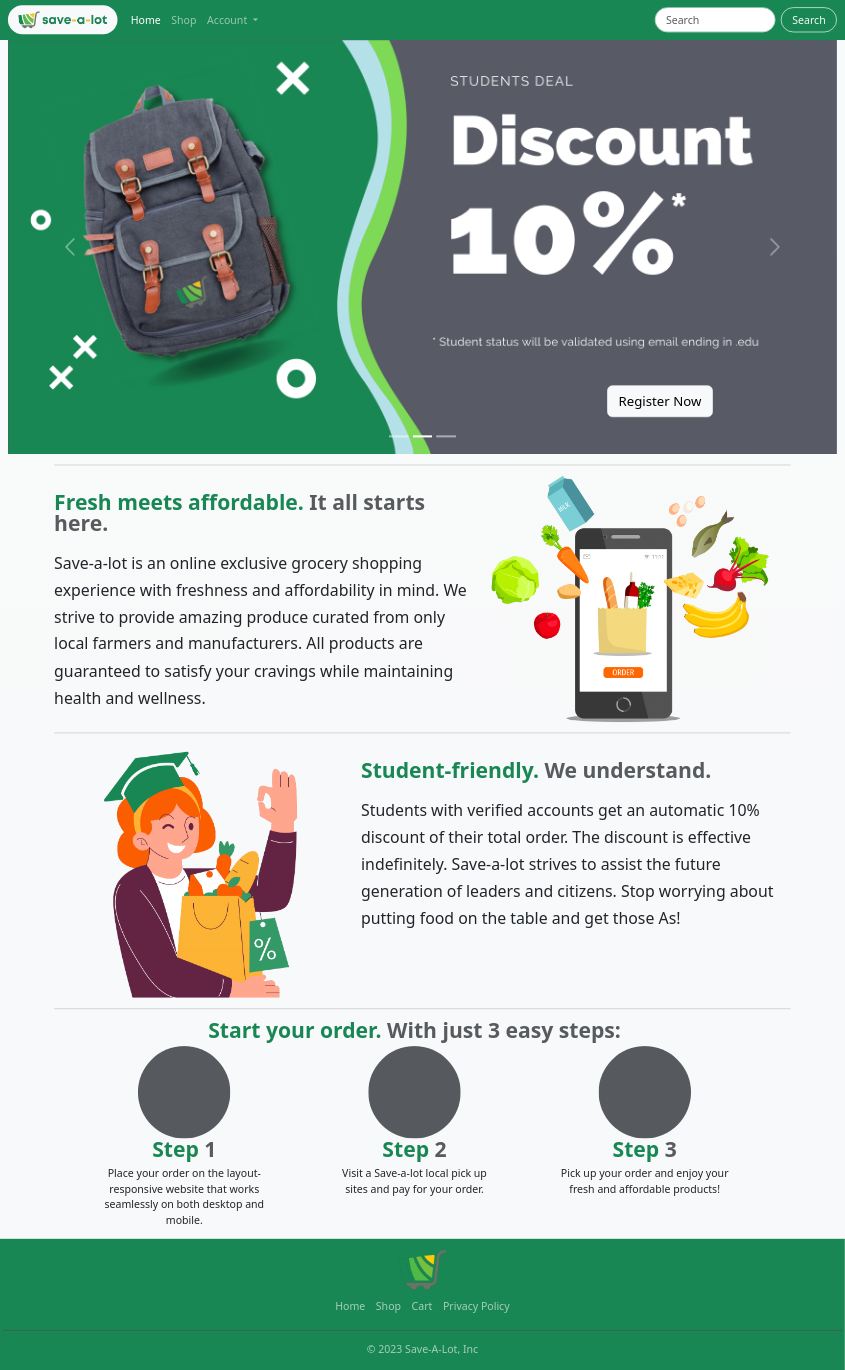
Repository: bill071194/savealot
Page: http://localhost/index
The author's editor kept a record of every edit. The page is drawn from the files as they stood at one moment, then again after the next edit.
The browser window is 1280 px wide. The pictures show the whole page, at 66% of full size.
The page is served by the project's Laravel application, run on PHP 8.4 with Laravel 10. Other server files are loaded and not shown. The database holds what the project's SQL file puts in it.

Above is the page before.

### savealot/routes/web.php
<?php

use Illuminate\Support\Facades\Route;
use App\Http\Controllers\Auth\LoginController;
use App\Http\Controllers\Auth\RegisterController;
use App\Http\Controllers\InventoryController;
use App\Http\Controllers\OrderController;
use App\Http\Controllers\AdminController;
use App\Http\Controllers\UserController;

/*
|--------------------------------------------------------------------------
| Web Routes
|--------------------------------------------------------------------------
|
| Here is where you can register web routes for your application. These
| routes are loaded by the RouteServiceProvider and all of them will
| be assigned to the "web" middleware group. Make something great!
|
*/

// Adding more default view in //
Route::view('/login', 'login');
Route::view('/register', 'register');
Route::view('/privacy', 'privacy');

Auth::routes();

Route::get('/home', [App\Http\Controllers\HomeController::class, 'index'])->name('home');

Route::controller(InventoryController::class)->group(function () {
    Route::get('/', 'homepage');
    Route::get('/index', 'homepage');
    Route::get('/inventory-create', 'create');
    Route::post('/inventory-create', 'store');
    Route::get('/inventory-{id}', 'edit');
    Route::post('/inventory-{id}', 'update');
    Route::post('/inventory/{id}/destroy', 'destroy');
    Route::post('/inventory/{id}/updateQty', 'updateQuantity');
    Route::get('/shop', 'shop');
    Route::get('/shop/{id}', 'show');
    Route::post('/shop/{id}/addToCart', 'addToCart');
    Route::post('/shop/{id}/removeFromCart', 'removeFromCart');
    Route::get('/search', 'search');
    Route::get('/cart', 'cart');
    Route::post('/emptyCart', 'emptyCart');
    Route::get('/uploadfile', 'uploadCSV');
    Route::post('/uploadfile', 'importCSV');
    Route::get('/uploadpicture', 'uploadPicture');
    Route::post('/uploadpicture', 'movePicture');
});

Route::controller(OrderController::class)->group(function () {
    Route::post('/cart/checkout', 'checkOut');
    Route::get('/orderhistory', 'orderHistory');
    Route::put('/order/{id}', 'update');
    Route::delete('/order/{id}', 'destroy');
});

Route::controller(AdminController::class)->group(function () {
    Route::get('/inventory', 'inventoriesDashboard');
    Route::get('/admin', 'adminRedirect');
    Route::get('/adminDashboard', 'adminDashboard');
    Route::get('/orders', 'ordersDashboard');
    Route::get('/ordersList', 'allOrders');
    Route::get('/users', 'usersDashboard');
    Route::get('/usersList', 'allUsers');
    Route::get('/transactions', 'transactionsDashboard');
});

Route::controller(UserController::class)->group(function () {
    Route::put('/user/{id}', 'update');
    Route::delete('/user/{id}', 'destroy');
});

### savealot/app/Models/Inventory.php
<?php

namespace App\Models;

use Illuminate\Database\Eloquent\Factories\HasFactory;
use Illuminate\Database\Eloquent\Model;

class inventory extends Model
{
    use HasFactory;

    protected $fillable = [
        'prod_name',
        'prod_description',
        'prod_purchase_price',
        'prod_selling_price',
        'prod_units',
        'prod_size',
        'prod_quantity',
        'prod_picture',
        'prod_color',
        'competitor_saveonfoods',
        'competitor_tnt',
        'competitor_walmart',
    ];
}

### savealot/resources/views/index.blade.php
@extends('layouts.base1b')

@section('title', 'Save-a-lot Home')
@section('activeHome', 'active')

@section('main')
<div id="myCarousel" class="carousel slide" data-bs-ride="carousel">
    <div class="carousel-indicators">
      <button type="button" data-bs-target="#myCarousel" data-bs-slide-to="0" class="active" aria-label="Slide 1" aria-current="true"></button>
      <button type="button" data-bs-target="#myCarousel" data-bs-slide-to="1" aria-label="Slide 2" class=""></button>
      <button type="button" data-bs-target="#myCarousel" data-bs-slide-to="2" aria-label="Slide 3" class=""></button>
    </div>
    <div class="carousel-inner">
      <div class="carousel-item active">
        <img src="pics/carousel1.png" alt="carousel1" class="center">
        <div class="container">
          <div class="carousel-caption">
            <p><a class="btn btn-lg btn-success" href="/shop">Shop Now</a></p>
          </div>
        </div>
      </div>
      <div class="carousel-item">
        <img src="pics/carousel2.png" alt="carousel2" class="center">
        <div class="container">
          <div class="carousel-caption text-end">
            <p><a class="btn btn-lg btn-light" href="/register">Register Now</a></p>
          </div>
        </div>
      </div>
      <div class="carousel-item">
        <img src="pics/carousel3.png" alt="carousel3" class="center">
        <div class="container">
        </div>
      </div>
    </div>
    <button class="carousel-control-prev" type="button" data-bs-target="#myCarousel" data-bs-slide="prev">
      <span class="carousel-control-prev-icon" aria-hidden="true"></span>
      <span class="visually-hidden">Previous</span>
    </button>
    <button class="carousel-control-next" type="button" data-bs-target="#myCarousel" data-bs-slide="next">
      <span class="carousel-control-next-icon" aria-hidden="true"></span>
      <span class="visually-hidden">Next</span>
    </button>
</div>

<div class="container marketing">

    <!-- START THE FEATURETTES -->

    <hr class="featurette-divider">

    <div class="row featurette">
      <div class="col-md-7">
        <br>
        <h2 class="featurette-heading fw-bold lh-1 text-success">Fresh meets affordable. <span class="text-body-secondary">It all starts here.</span></h2>
        <p class="lead">Save-a-lot is an online exclusive grocery shopping experience with freshness and affordability in mind. We strive to
        provide amazing produce curated from only local farmers and manufacturers. All products are guaranteed to satisfy your cravings while maintaining
        health and wellness.</p>
      </div>
      <div class="col-md-5">
        <img class="featurette" src="pics/featurette1.png">
      </div>
    </div>

    <hr class="featurette-divider">

    <div class="row featurette">
      <div class="col-md-7 order-md-2">
        <br>
        <h2 class="featurette-heading fw-bold lh-1 text-success">Student-friendly. <span class="text-body-secondary">We understand.</span></h2>
        <p class="lead">Students with verified accounts get an automatic <strong>10% discount</strong> of their total order. The discount is effective indefinitely.
        Save-a-lot strives to assist the future generation of leaders and citizens. Stop worrying about putting food on the table and get those As!</p>
      </div>
      <div class="col-md-5 order-md-1">
        <img class="featurette" src="pics/featurette2.png">
      </div>
    </div>

    <hr class="featurette-divider">

    <!-- /END THE FEATURETTES -->

    <!-- START 3 COLUMNS OF STEPS -->
    <div class="row featurette justify-content-evenly">
      <h2 class="featurette-heading fw-bold lh-1 text-success text-center">Start your order. <span class="text-body-secondary">With just 3 easy steps:</span></h2>
      <div class="col-lg-3 text-center">
        <svg class="bd-placeholder-img rounded-circle" width="140" height="140" xmlns="http://www.w3.org/2000/svg" role="img" aria-label="Placeholder" preserveAspectRatio="xMidYMid slice" focusable="false"><title>Placeholder</title><rect width="100%" height="100%" fill="var(--bs-secondary-color)"></rect></svg>
        <h2 class="featurette-heading fw-bold lh-1 text-success text-center">Step <span class="text-body-secondary">1</span></h2>
        <p>Place your order on the layout-responsive website that works seamlessly on both desktop and mobile.</p>
      </div><!-- /.col-lg-4 -->
      <div class="col-lg-3 text-center">
        <svg class="bd-placeholder-img rounded-circle" width="140" height="140" xmlns="http://www.w3.org/2000/svg" role="img" aria-label="Placeholder" preserveAspectRatio="xMidYMid slice" focusable="false"><title>Placeholder</title><rect width="100%" height="100%" fill="var(--bs-secondary-color)"></rect></svg>
        <h2 class="featurette-heading fw-bold lh-1 text-success text-center">Step <span class="text-body-secondary">2</span></h2>
        <p>Visit a Save-a-lot local pick up sites and pay for your order.</p>
      </div><!-- /.col-lg-4 -->
      <div class="col-lg-3 text-center">
        <svg class="bd-placeholder-img rounded-circle" width="140" height="140" xmlns="http://www.w3.org/2000/svg" role="img" aria-label="Placeholder" preserveAspectRatio="xMidYMid slice" focusable="false"><title>Placeholder</title><rect width="100%" height="100%" fill="var(--bs-secondary-color)"></rect></svg>
        <h2 class="featurette-heading fw-bold lh-1 text-success text-center">Step <span class="text-body-secondary">3</span></h2>
        <p>Pick up your order and enjoy your fresh and affordable products!</p>
      </div><!-- /.col-lg-4 -->
    </div>
    <!-- END COLUMNS -->

  </div>

@endsection

### savealot/public/savealot.sql (the tables this page reads)
CREATE TABLE `inventories` (
  `id` bigint(20) UNSIGNED NOT NULL,
  `prod_name` varchar(255) NOT NULL,
  `prod_description` varchar(255) DEFAULT NULL,
  `prod_purchase_price` decimal(9,2) DEFAULT NULL,
  `prod_selling_price` decimal(9,2) DEFAULT NULL,
  `prod_units` varchar(255) DEFAULT NULL,
  `prod_size` int(11) DEFAULT NULL,
  `prod_quantity` int(11) DEFAULT NULL,
  `prod_picture` varchar(255) DEFAULT NULL,
  `prod_color` text DEFAULT '#198754',
  `prod_sold` int(11) NOT NULL DEFAULT 0,
  `prod_revenue` decimal(12,2) NOT NULL DEFAULT 0.00,
  `competitor_saveonfoods` decimal(8,2) DEFAULT NULL,
  `competitor_tnt` decimal(8,2) DEFAULT NULL,
  `competitor_walmart` decimal(8,2) DEFAULT NULL,
  `created_at` timestamp NULL DEFAULT NULL,
  `updated_at` timestamp NULL DEFAULT NULL
) ENGINE=InnoDB DEFAULT CHARSET=utf8mb4 COLLATE=utf8mb4_unicode_ci;

INSERT INTO `inventories` (`id`, `prod_name`, `prod_description`, `prod_purchase_price`, `prod_selling_price`, `prod_units`, `prod_size`, `prod_quantity`, `prod_picture`, `prod_color`, `prod_sold`, `prod_revenue`, `competitor_saveonfoods`, `competitor_tnt`, `competitor_walmart`, `created_at`, `updated_at`) VALUES
(2, 'Yakisoba Chow Mein', 'These noodles don\'t taste like either Yakisoba or Chow Mein, but they\'re still pretty good. Especially at this price!', 4.00, 6.00, '5x102g', 510, 21, 'pics/Yakisoba_Noodles.jpg', '#ffc200', 18, 108.00, 7.39, NULL, NULL, NULL, '2023-04-09 04:10:17'),
(3, 'Unsalted Cashews', 'These cashews are cheaper than they are at other stores.', 10.00, 13.00, NULL, 800, 10, 'pics/Unsalted_Cashews.webp', '#ef5c02', 1, 13.00, 19.99, 17.99, NULL, '2023-03-21 12:38:50', '2023-04-09 09:30:48'),
(4, 'Salted Cashews', 'These cashews are saltier than other cashews.', 10.00, 13.00, NULL, 800, 17, 'pics/Salted_Cashews.webp', '#4abbe7', 1, 13.00, 19.99, 17.99, NULL, NULL, '2023-04-09 04:10:27'),
(7, 'Que Pasa Yellow Tortilla Chips', 'These whole grain corn tortilla chips are yellow and only a little bit salty.', 3.00, 4.50, NULL, 350, 23, 'pics/Que_Pasa_Yellow.jpg', '#ffb95b', 13, 58.50, 5.69, NULL, 4.97, '2023-03-21 08:27:27', '2023-04-09 04:10:04'),
(8, 'Que Pasa Blue Tortilla Chips', 'These whole grain corn tortilla chips are blue and a little bit salty.', 3.00, 4.50, NULL, 350, 22, 'pics/Que_Pasa_Blue.jpg', '#698abd', 13, 58.50, 5.69, NULL, 4.97, '2023-03-21 08:32:18', '2023-04-09 04:10:02'),
(9, 'Que Pasa Red Tortilla Chips', 'These whole grain corn chips are red and a little bit salty.', 3.00, 4.50, NULL, 350, 22, 'pics/Que_Pasa_Red.jpg', '#f4685a', 13, 58.50, 5.69, NULL, 4.97, '2023-03-21 08:36:30', '2023-04-09 04:10:00'),
(21, 'Kellogg\'s Fun Pac Cereal', '8 small packages of cereal, including Rice Krispies, Corn Pops!, Froot Loops, and Frosted Flakes. Theeyyy\'re great!', 4.00, 6.00, '8x210g', 1680, 13, 'pics/Kellogg\'s Fun Pac Cereal.jpeg', '#00bcfa', 4, 24.00, 6.29, NULL, 4.97, '2023-03-29 03:45:03', '2023-04-09 06:31:44'),
(22, 'Pop Tarts Jumbo Pack', '24-pack of Pop Tarts with three flavours: Strawberry, Blueberry, Raspberry', 7.00, 8.50, '24x48g', 1150, 15, 'pics/Pop Tarts Jumbo Pack.jpeg', '#00afef', 5, 42.50, 11.49, NULL, NULL, '2023-03-29 03:50:16', '2023-04-09 04:10:08'),
(23, 'Lay\'s Chips Variety Pack', '18 packages of Lay\'s chips: 6 Original, 4 Bar-B-Q, 4 Ketchup, 4 Salt & Vinegar. Warning, most of these flavours are polarizing.', 8.00, 9.25, '18x28g', 504, 16, 'pics/Lays Mix Variety Pack.jpeg', '#e69f0d', 4, 37.00, 14.49, NULL, 9.27, '2023-03-29 03:57:12', '2023-04-09 04:10:09'),
(24, 'Hardbite Ghost Pepper Chips', 'These Hardbite Sweet Ghost Pepper Potato Chips are pretty spicy. Eat them at your own risk.', 3.50, 4.50, NULL, 128, 21, 'pics/Hardbite Ghost Pepper Chips.jpeg', '#a72c3b', 14, 63.00, 4.99, NULL, 4.47, '2023-03-29 04:02:41', '2023-04-09 04:10:20'),
(25, 'Miss Vickie\'s Favourites Chips', '10 packs of Miss Vickie\'s potato chips: 4 Original Recipe, 3 Sweet Chili & Sour Cream, 3 Sea Salt & Malt Vinegar', 5.00, 6.50, '10x24g', 240, 16, 'pics/Miss Vickie\'s Favourites.jpeg', '#efe2ba', 9, 58.50, 9.29, NULL, 6.97, '2023-03-29 04:26:14', '2023-04-09 04:09:58'),
(34, 'Monster Energy - Mango Loco', 'This 4 pack of Monster Energy - Mango Loco packs a punch! It combines the taste of a regular energy drink with a lot of real fruit juices and ends up being delicious.', 8.00, 9.50, '4x473ml', NULL, 16, 'pics/Monster_Punch_Mango.jpeg', '#269fcc', 14, 133.00, 13.49, NULL, 9.97, '2023-04-08 10:07:14', '2023-04-09 08:58:51'),
(36, 'Monster Energy - Zero Ultra', 'Despite having almost no calories, this 4-pack of Monster Energy Zero Ultra will boost your energy, all with a smooth taste', 8.00, 9.50, '4x473ml', NULL, 13, 'storage/pics/Monster_Zero_Ultra.jpeg', '#f0f0f0', 7, 66.50, 13.49, NULL, 9.97, '2023-04-09 03:04:18', '2023-04-09 04:10:18'),
(46, 'Monster Energy', 'The original Monster Energy flavour in a pack of 4.', 8.00, 9.50, '4x473ml', NULL, 14, 'storage/pics/Monster_Energy.jpeg', '#86ca00', 6, 57.00, 13.49, NULL, 9.97, '2023-04-09 03:44:02', '2023-04-09 04:10:06'),
(51, 'Coca-Cola - Coke Zero', 'These 12 cans of Coca-Cola Zero have no sugar!', 5.00, 6.50, '12x355ml', 4260, 20, 'storage/pics/Coca-Cola_Zero.jpeg', '#cc3333', 0, 0.00, 8.29, 0.00, 0.00, '2023-04-10 02:59:59', '2023-04-10 02:59:59'),
(52, 'Pepsi - Cola Cans', 'These 12 cans of Pepsi have lots of sugar!', 5.00, 6.50, '12x355ml', 4260, 20, 'storage/pics/Pepsi-Cola.jpeg', '#3366cc', 0, 0.00, 8.29, 0.00, 0.00, '2023-04-10 02:59:59', '2023-04-10 02:59:59');

ALTER TABLE `inventories`
  ADD PRIMARY KEY (`id`),
  ADD UNIQUE KEY `inventory_prod_name_unique` (`prod_name`);

ALTER TABLE `inventories`
  MODIFY `id` bigint(20) UNSIGNED NOT NULL AUTO_INCREMENT, AUTO_INCREMENT=53;

Loaded but not shown: savealot/app/Http/Controllers/Auth/ConfirmPasswordController.php (common file); savealot/app/Http/Controllers/Controller.php (common file); savealot/public/bootstrap.css (library); savealot/public/bootstrap.bundle.js (library); savealot/resources/views/layouts/base1b.blade.php (225 lines, source omitted); savealot/app/Http/Controllers/InventoryController.php (270 lines, source omitted)

After the next edit:
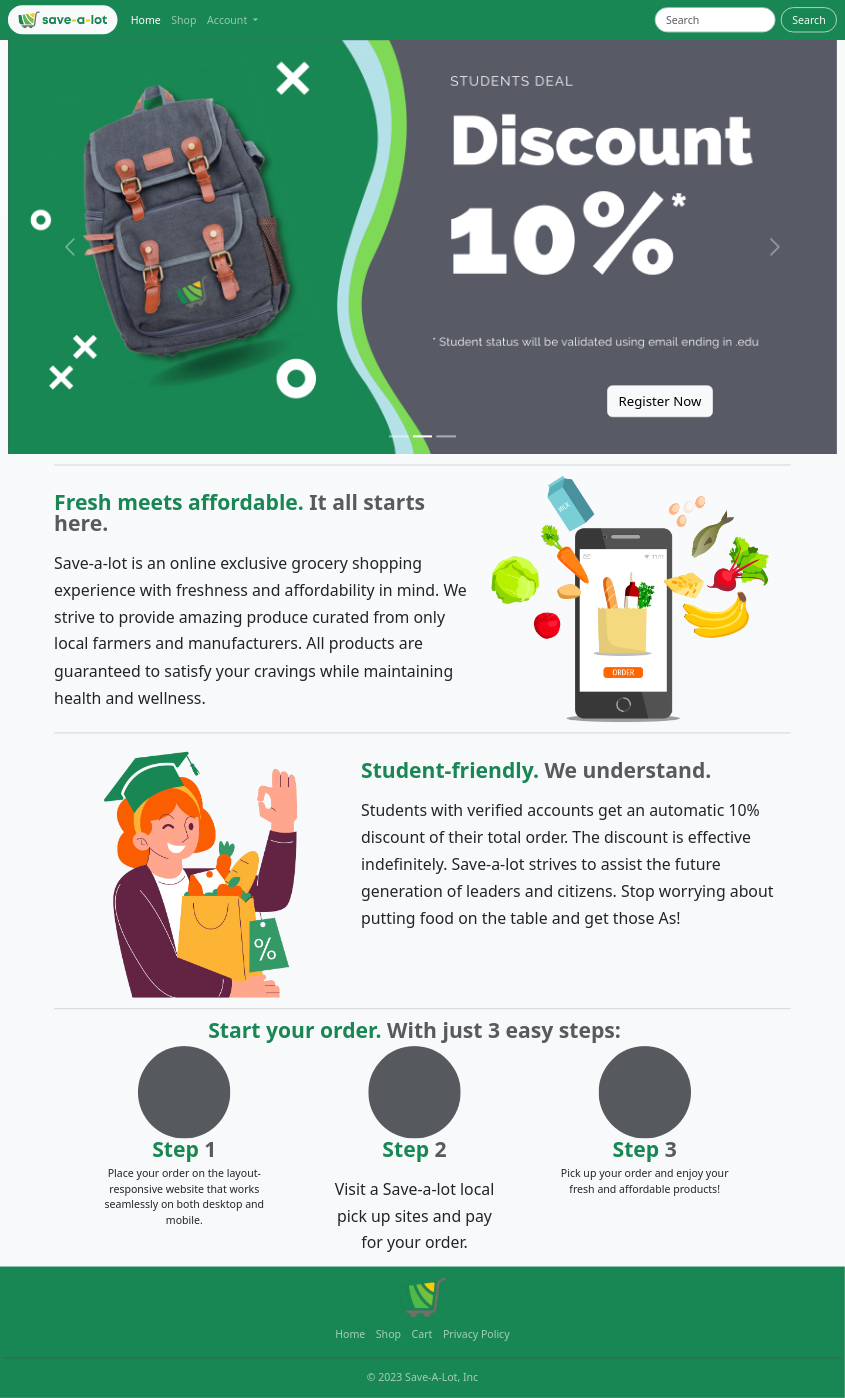
The edit:
--- a/savealot/resources/views/index.blade.php
+++ b/savealot/resources/views/index.blade.php
@@ -91,7 +91,7 @@
       <div class="col-lg-3 text-center">
         <svg class="bd-placeholder-img rounded-circle" width="140" height="140" xmlns="http://www.w3.org/2000/svg" role="img" aria-label="Placeholder" preserveAspectRatio="xMidYMid slice" focusable="false"><title>Placeholder</title><rect width="100%" height="100%" fill="var(--bs-secondary-color)"></rect></svg>
         <h2 class="featurette-heading fw-bold lh-1 text-success text-center">Step <span class="text-body-secondary">2</span></h2>
-        <p>Visit a Save-a-lot local pick up sites and pay for your order.</p>
+        <p class="lead">Visit a Save-a-lot local pick up sites and pay for your order.</p>
       </div><!-- /.col-lg-4 -->
       <div class="col-lg-3 text-center">
         <svg class="bd-placeholder-img rounded-circle" width="140" height="140" xmlns="http://www.w3.org/2000/svg" role="img" aria-label="Placeholder" preserveAspectRatio="xMidYMid slice" focusable="false"><title>Placeholder</title><rect width="100%" height="100%" fill="var(--bs-secondary-color)"></rect></svg>
